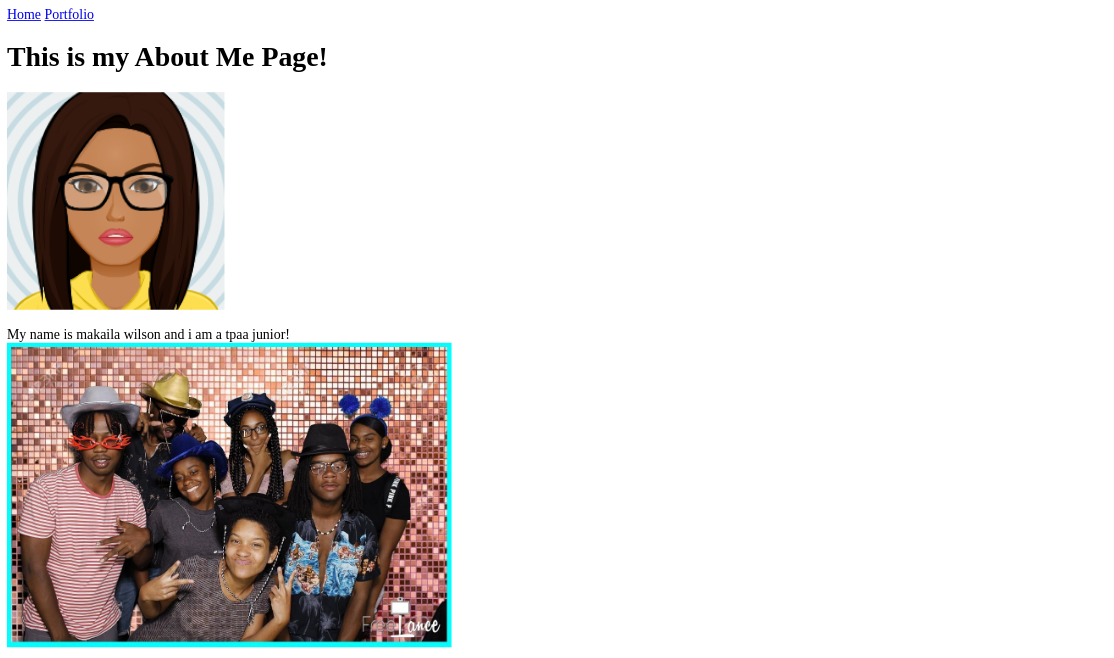
Repository: mwilson3286/mwilson3286.github.io
Page: my_website/Aboutme.html
The author's editor kept a record of every edit. The page is drawn from the files as they stood at one moment, then again after the next edit.
The browser window is 1280 px wide. The pictures show the whole page, at 87% of full size.

Above is the page before.

### my_website/Aboutme.html

<!doctype html>
<html lang="en">
 <head>
   <meta charset="utf-8">
   <title>About Me!</title>
 </head>
 <body>
    <a href="index.html">Home</a>
    <a href="portfolio.html">Portfolio</a>
    <h1>This is my About Me Page!</h1>
    <img src="images/myAvatar.png" height="250">
    </p>My name is makaila wilson and i am a tpaa junior!
     <br>
    </a>
 </body>
</html>
<img src="image2.jpg" height="350">

After the next edit:
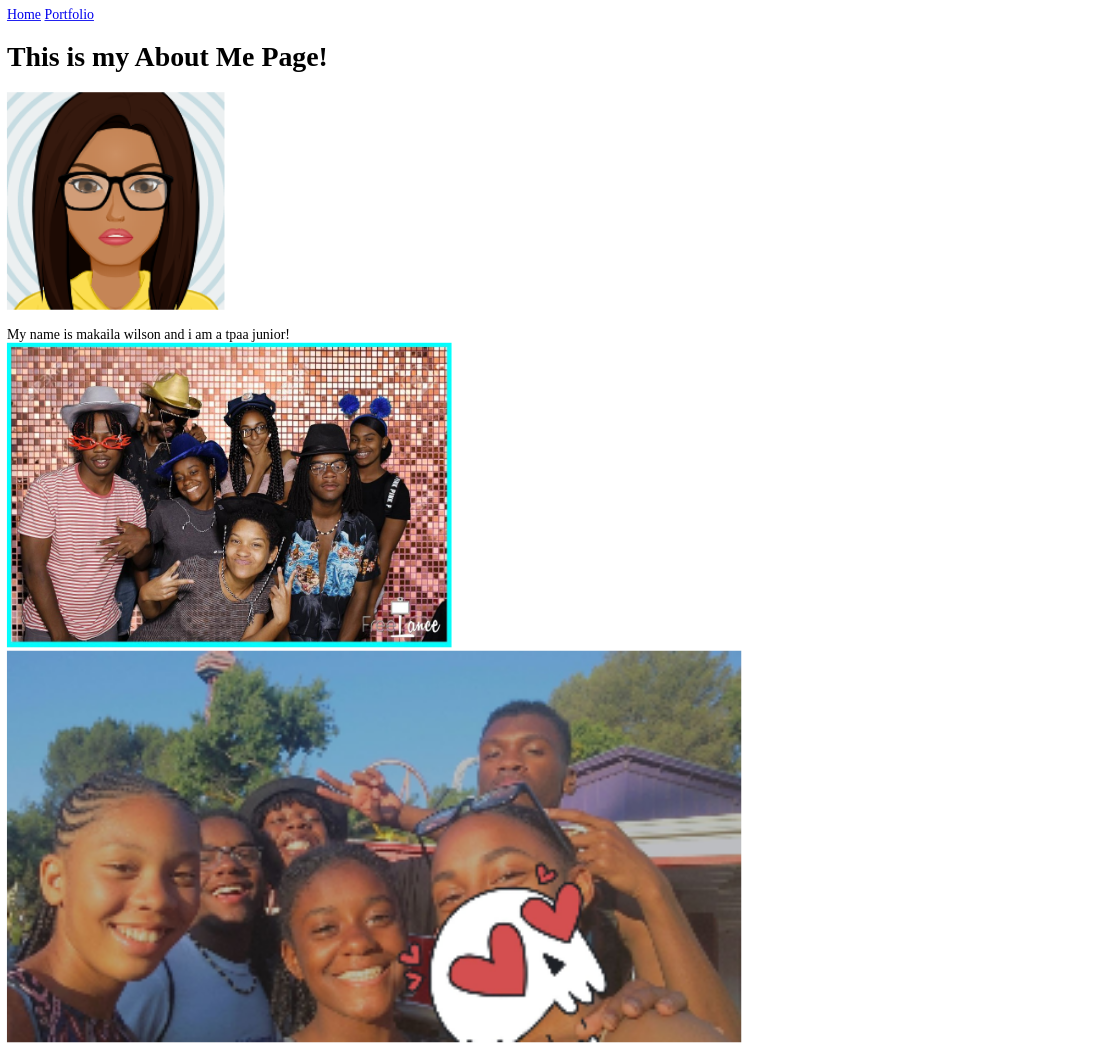
The edit:
--- a/my_website/Aboutme.html
+++ b/my_website/Aboutme.html
@@ -15,4 +15,5 @@
     </a>
  </body>
 </html>
-<img src="image2.jpg" height="350">
+<img src="images/image2.jpg" height="350">
+<img src="images/image3.jpg" height="450">
